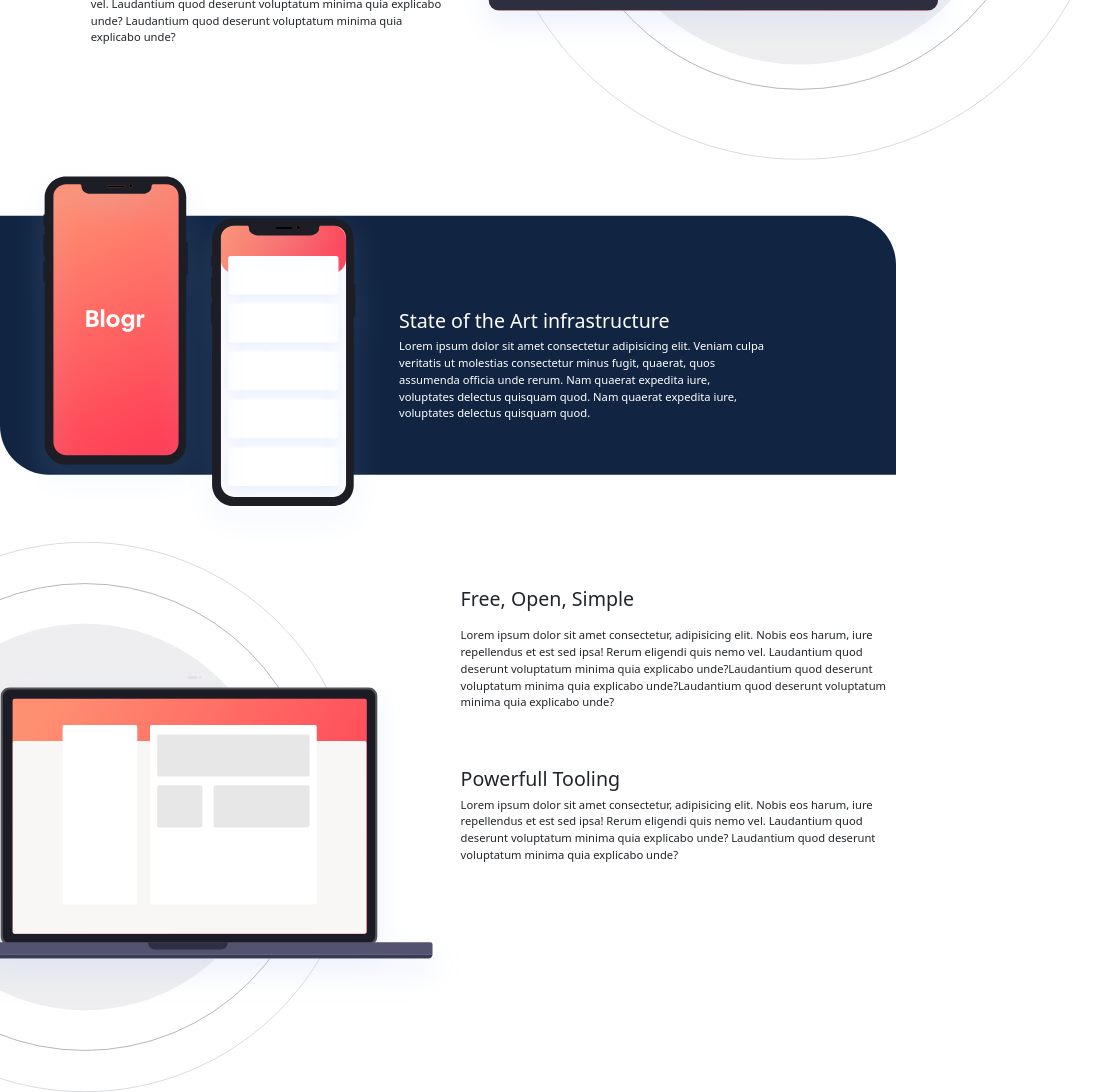
Repository: badhon252/blogr-landing-page
Page: /
An editor plug-in stored every save of this project. The page is shown before and after the next save, followed by the edit.
The browser window is 1280 px wide. The page is 1583 px wide, so the pictures cover 1583 px, including what lies to the right of the window. The pictures show the part of the page from y = 1313 to 2873 px (the page is 2873 px tall), at 70% of full size.
The project was rebuilt for these pictures with package versions that can differ from the ones it lists, and the page was loaded fresh each time.

Above is the page before, as saved 2022-01-18 21:22:39.

### public/index.html
<!DOCTYPE html>
<html lang="en">

<head>
  <meta charset="utf-8" />
  <link rel="icon" href="%PUBLIC_URL%/favicon.ico" />
  <meta name="viewport" content="width=device-width, initial-scale=1" />
  <meta name="theme-color" content="#000000" />
  <meta name="description" content="Web site created using create-react-app" />
  <link rel="apple-touch-icon" href="%PUBLIC_URL%/logo192.png" />

  <link rel="manifest" href="%PUBLIC_URL%/manifest.json" />
  <!-- Bootstrap css  -->
  <link href="https://cdn.jsdelivr.net/npm/bootstrap@5.1.3/dist/css/bootstrap.min.css" rel="stylesheet"
    integrity="sha384-1BmE4kWBq78iYhFldvKuhfTAU6auU8tT94WrHftjDbrCEXSU1oBoqyl2QvZ6jIW3" crossorigin="anonymous">


  <title>Blogr</title>
</head>

<body>
  <noscript>You need to enable JavaScript to run this app.</noscript>
  <div id="root"></div>

  <!-- Bootstrap js  -->
  <script src="https://cdn.jsdelivr.net/npm/bootstrap@5.1.3/dist/js/bootstrap.bundle.min.js"
    integrity="sha384-ka7Sk0Gln4gmtz2MlQnikT1wXgYsOg+OMhuP+IlRH9sENBO0LRn5q+8nbTov4+1p"
    crossorigin="anonymous"></script>

</body>

</html>

### src/App.js
import Maincomp from "./components/MainComp";

function App() {
  return (
    <div className="App">
      <Maincomp />
    </div>
  );
}

export default App;

### src/components/MainComp.js
import React from "react";
import Fact from "./Facility/Fact";
import Header from "./Header/Header";
import Info from "./Info/Info";
import Intro from "./Intro/Intro";

const Maincomp = () => {
  return (
    <div>
      <Header />
      <Intro />
      <Fact />
      <Info />
    </div>
  );
};

export default Maincomp;

### src/components/Facility/Fact.js
import React from "react";
import phones from "../../images/illustration-phones.svg";
export default function Fact() {
  return (
    <div className=" fact">
      <div className="row container">
        <div className="col-md-6">
          <img className="w-100 fact-img" src={phones} alt="Phone images" />
        </div>
        <div className="col-md-6 py-5 fact-params">
          <h3>State of the Art infrastructure</h3>
          <p>
            Lorem ipsum dolor sit amet consectetur adipisicing elit. Veniam
            culpa veritatis ut molestias consectetur minus fugit, quaerat, quos
            assumenda officia unde rerum. Nam quaerat expedita iure, voluptates
            delectus quisquam quod. Nam quaerat expedita iure, voluptates
            delectus quisquam quod.
          </p>
        </div>
      </div>
    </div>
  );
}

### src/components/Header/Header.js
import React from "react";
import Nav from "./Nav";
import "../styles/index.css";
import HeaderContent from "./HeaderContent";

export default function Header() {
  return (
    <div className="header">
      <div className="container">
        <Nav />
        <HeaderContent />
      </div>
    </div>
  );
}

### src/components/Info/Info.js
import React from "react";
import Logo from "../../images/illustration-laptop-desktop.svg";
import "../styles/index.css";

export default function Info() {
  return (
    <div className="container-fluid">
      <div className="row ms-auto pt-5 mt-5">
        <div className="col-md-6">
          <img
            className=" info-img"
            src={Logo}
            alt="This is MobileLogo svg img"
          ></img>
        </div>
        <div className="col-md-6">
          <div className=" py-5">
            <h3 className="py-3">Free, Open, Simple</h3>
            <p>
              Lorem ipsum dolor sit amet consectetur, adipisicing elit. Nobis
              eos harum, iure repellendus et est sed ipsa! Rerum eligendi quis
              nemo vel. Laudantium quod deserunt voluptatum minima quia
              explicabo unde?Laudantium quod deserunt voluptatum minima quia
              explicabo unde?Laudantium quod deserunt voluptatum minima quia
              explicabo unde?
            </p>
          </div>
          <div className="py-3">
            <h3>Powerfull Tooling</h3>
            <p>
              Lorem ipsum dolor sit amet consectetur, adipisicing elit. Nobis
              eos harum, iure repellendus et est sed ipsa! Rerum eligendi quis
              nemo vel. Laudantium quod deserunt voluptatum minima quia
              explicabo unde? Laudantium quod deserunt voluptatum minima quia
              explicabo unde?
            </p>
          </div>
        </div>
      </div>
    </div>
  );
}

### src/components/Intro/Intro.js
import React from "react";
import MobileLogo from "../../images/illustration-editor-desktop.svg";
import "../styles/index.css";

export default function Intro() {
  return (
    <div className="container-fluid">
      <div className="row ms-auto pt-5 mt-5">
        <h1 className="intro-h1 py-5">Design for the future</h1>
        <div className="col-md-1"></div>
        <div className="col-md-5">
          <div className=" py-5">
            <h3 className="py-3">Introducing an extensible editor</h3>
            <p>
              Lorem ipsum dolor sit amet consectetur, adipisicing elit. Nobis
              eos harum, iure repellendus et est sed ipsa! Rerum eligendi quis
              nemo vel. Laudantium quod deserunt voluptatum minima quia
              explicabo unde?Laudantium quod deserunt voluptatum minima quia
              explicabo unde?Laudantium quod deserunt voluptatum minima quia
              explicabo unde?
            </p>
          </div>
          <div className="py-5">
            <h3>Robust content management</h3>
            <p>
              Lorem ipsum dolor sit amet consectetur, adipisicing elit. Nobis
              eos harum, iure repellendus et est sed ipsa! Rerum eligendi quis
              nemo vel. Laudantium quod deserunt voluptatum minima quia
              explicabo unde? Laudantium quod deserunt voluptatum minima quia
              explicabo unde?
            </p>
          </div>
        </div>
        <div className="col-md-6 intro-img">
          <img src={MobileLogo} alt="This is MobileLogo svg img"></img>
          <div></div>
        </div>
      </div>
    </div>
  );
}

### src/components/Header/Nav.js
import React from "react";
import "../styles/index.css";
const Nav = () => {
  return (
    <div>
      <nav className="navbar navbar-expand-lg navbar-dark py-5">
        <div className="container-fluid">
          <a className="navbar-brand" href="/">
            <h1>Blogr</h1>
          </a>
          <button
            className="navbar-toggler"
            type="button"
            data-bs-toggle="collapse"
            data-bs-target="#navbarSupportedContent"
            aria-controls="navbarSupportedContent"
            aria-expanded="false"
            aria-label="Toggle navigation"
          >
            <span className="navbar-toggler-icon"></span>
          </button>
          <div className="collapse navbar-collapse" id="navbarSupportedContent">
            <ul className="navbar-nav mb-2 mb-lg-0">
              <li className="nav-item dropdown px-4">
                <a
                  className="nav-link dropdown-toggle"
                  href="/"
                  id="navbarDropdown"
                  role="button"
                  data-bs-toggle="dropdown"
                  aria-expanded="false"
                >
                  Product
                </a>
                <ul className="dropdown-menu" aria-labelledby="navbarDropdown">
                  <li>
                    <a className="dropdown-item" href="/">
                      Action
                    </a>
                  </li>
                  <li>
                    <a className="dropdown-item" href="/">
                      Another action
                    </a>
                  </li>
                  <li>
                    <hr className="dropdown-divider" />
                  </li>
                  <li>
                    <a className="dropdown-item" href="/">
                      Something else here
                    </a>
                  </li>
                </ul>
              </li>{" "}
              <li className="nav-item dropdown px-4">
                <a
                  className="nav-link dropdown-toggle"
                  href="/"
                  id="navbarDropdown"
                  role="button"
                  data-bs-toggle="dropdown"
                  aria-expanded="false"
                >
                  Company
                </a>
                <ul className="dropdown-menu" aria-labelledby="navbarDropdown">
                  <li>
                    <a className="dropdown-item" href="/">
                      Action
                    </a>
                  </li>
                  <li>
                    <a className="dropdown-item" href="/">
                      Another action
                    </a>
                  </li>
                  <li>
                    <hr className="dropdown-divider" />
                  </li>
                  <li>
                    <a className="dropdown-item" href="/">
                      Something else here
                    </a>
                  </li>
                </ul>
              </li>{" "}
              <li className="nav-item dropdown px-4">
                <a
                  className="nav-link dropdown-toggle"
                  href="/"
                  id="navbarDropdown"
                  role="button"
                  data-bs-toggle="dropdown"
                  aria-expanded="false"
                >
                  Connect
                </a>
                <ul className="dropdown-menu" aria-labelledby="navbarDropdown">
                  <li>
                    <a className="dropdown-item" href="/">
                      Action
                    </a>
                  </li>
                  <li>
                    <a className="dropdown-item" href="/">
                      Another action
                    </a>
                  </li>
                  <li>
                    <hr className="dropdown-divider" />
                  </li>
                  <li>
                    <a className="dropdown-item" href="/">
                      Something else here
                    </a>
                  </li>
                </ul>
              </li>
            </ul>
            {/* login & sign-up */}
            <ul className="navbar-nav ms-auto">
              <li className="nav-login">
                <a className="nav-link" href="/">
                  <button type="button" class="btn">
                    Login
                  </button>
                </a>
              </li>{" "}
              <li className="nav-signup">
                <a className="nav-link" href="/">
                  <button type="button" class="btn btn-light">
                    Sign Up
                  </button>
                </a>
              </li>
            </ul>
          </div>
        </div>
      </nav>
    </div>
  );
};

export default Nav;

### src/components/styles/index.css
.header {
  background-color: rgb(255, 70, 70);
  color: rgb(255, 255, 255);
  /* clip-path: circle(73.8% at 63% 38%); */
}
/* .header-nav {
  color: #fff;

} */
/* .singup,
.login {
  color: aliceblue;
} */

.header-param {
  text-align: center;
}
.header-param h1 {
  font-size: 60px;
}
.header-param p {
  font-size: 1.2rem;
}
/* .header-param .h-btn {
  -webkit-border-radius: 28;
  -moz-border-radius: 28;
  border-radius: 28px;
  font-family: Arial;
  color: #000000;
  font-size: 20px;
  background: #f5f5f5;
  padding: 10px 20px 10px 20px;
  text-decoration: none;
} */

/* Intro ======= */
.intro-h1 {
  text-align: center;
}
.intro-img {
  /* max-width: 100%; */
  margin-top: -180px;
}

/* facility ========== */
.fact {
  margin-top: 80px;
  background-color: rgb(17, 37, 67);
  color: white;
  height: 370px;
  border-radius: 0px 70px 0px 70px;
}
.fact-params {
  margin-top: 85px;
}
.fact-img {
  margin-top: -75px;
}

/* info =========== */
.info-img {
  margin-left: -295px;
  min-width: 100%;
}

### src/components/Header/HeaderContent.js
import React from "react";
import "../styles/index.css";
export default function HeaderContent() {
  return (
    <div>
      <div className="py-5 header-param">
        <h1 className="">A modern publishing platform</h1>
        <p className="header-p py-3 ">
          Grow your audience and build your online brand
        </p>
        {/* btn  */}
        <div className="px-5 py-5">
          <button type="button" class="btn btn-lg btn-light me-3 my-3">
            Start for free
          </button>
          <button type="button" class="btn btn-lg btn-outline-dark">
            Learn more
          </button>
        </div>
      </div>
    </div>
  );
}

Loaded but not shown: src/index.js (common file); src/reportWebVitals.js (common file)

After the next save:
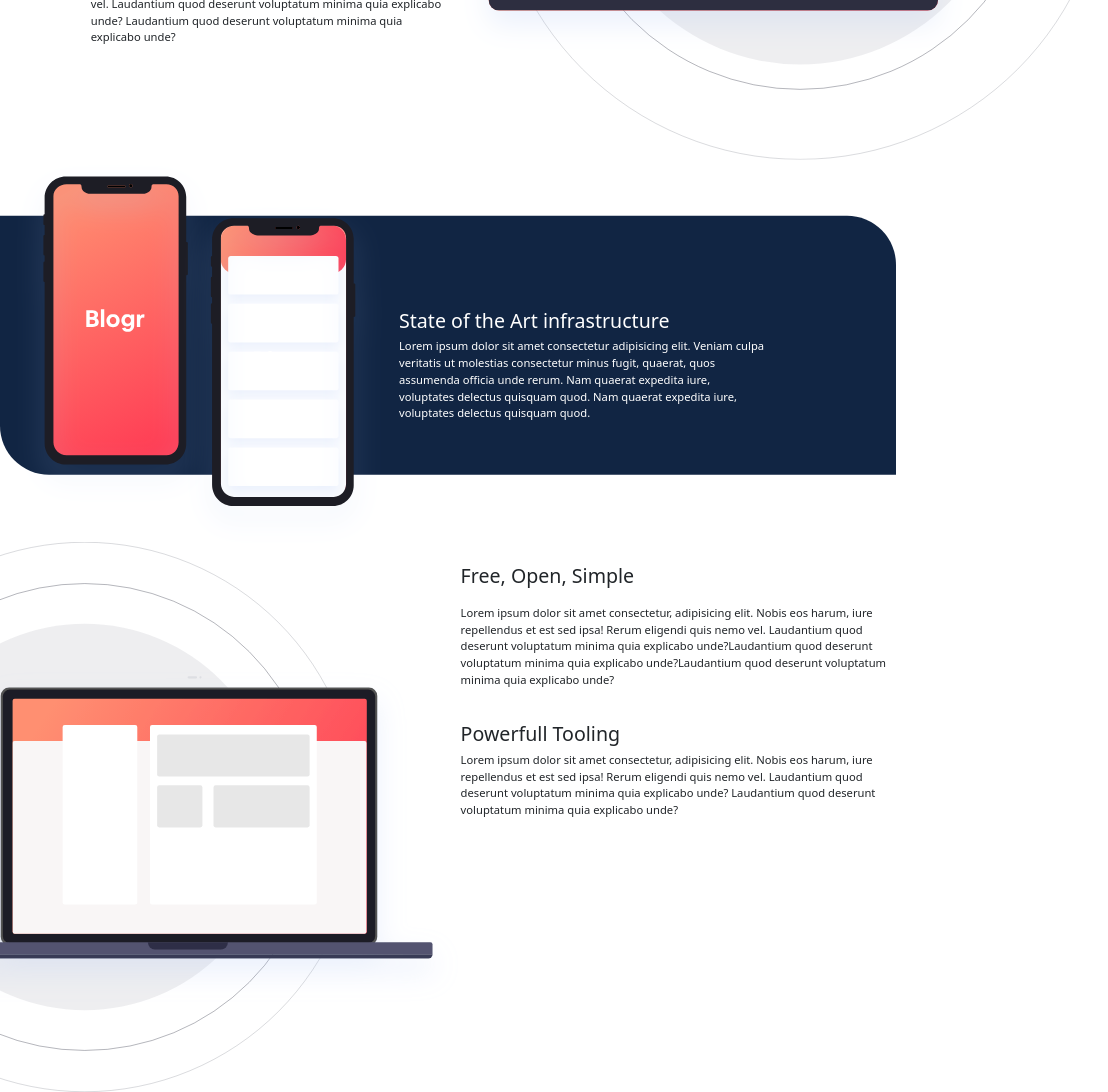
Saved 45 s later.
--- a/src/components/Info/Info.js
+++ b/src/components/Info/Info.js
@@ -14,7 +14,7 @@ export default function Info() {
           ></img>
         </div>
         <div className="col-md-6">
-          <div className=" py-5">
+          <div className=" py-3">
             <h3 className="py-3">Free, Open, Simple</h3>
             <p>
               Lorem ipsum dolor sit amet consectetur, adipisicing elit. Nobis
